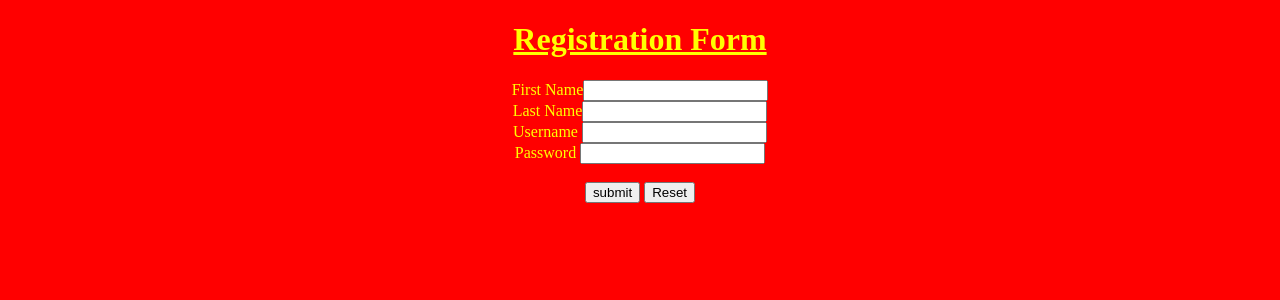
Repository: venugopalakrishnamylavarapu/Naresh-It-Full-Stack-java-Developer
Page: Advanced Java/Coding/Login/src/main/webapp/reg.html
The author's editor kept a copy of each file at every save. The page is drawn from the files as they stood at one save, then again after the next save.
The browser window is 1280 px wide. The pictures show the whole page.

Above is the page before, as saved 2023-02-08 15:23:38.

### Advanced Java/Coding/Login/src/main/webapp/reg.html
<!DOCTYPE html>
<html>
<head>
<meta charset="ISO-8859-1">
<title>Insert title here</title>
</head>
<body bgcolor="red" text="Yellow">
<center>
<h1><u>Registration Form</u></h1>
<form action="reg" method="POST">
First Name<input type="text"><br>
Last Name<input type="text"><br>
Username <input type="text" name="uname"><br>
Password <input type="password" name="pword"><br><br>
<input type="submit" value="submit">&nbsp<input type="reset">
</form>
</center>
</body>
</html>

After the next save:
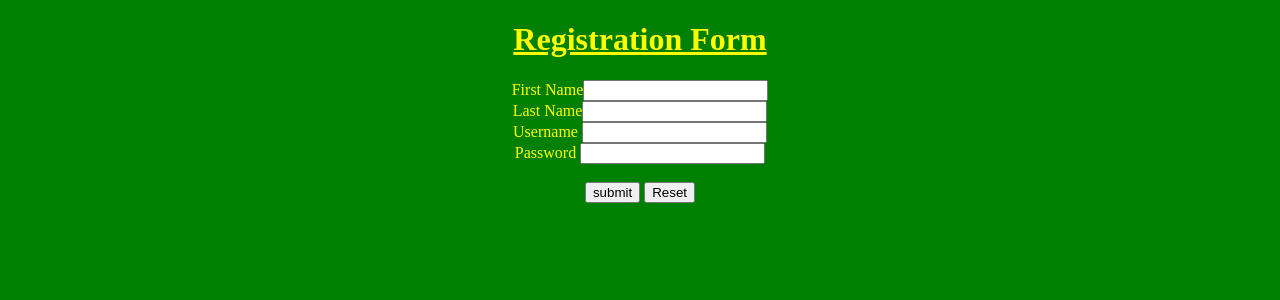
Saved 16 s later.
--- a/Advanced Java/Coding/Login/src/main/webapp/reg.html
+++ b/Advanced Java/Coding/Login/src/main/webapp/reg.html
@@ -4,7 +4,7 @@
 <meta charset="ISO-8859-1">
 <title>Insert title here</title>
 </head>
-<body bgcolor="red" text="Yellow">
+<body bgcolor="green" text="Yellow">
 <center>
 <h1><u>Registration Form</u></h1>
 <form action="reg" method="POST">
